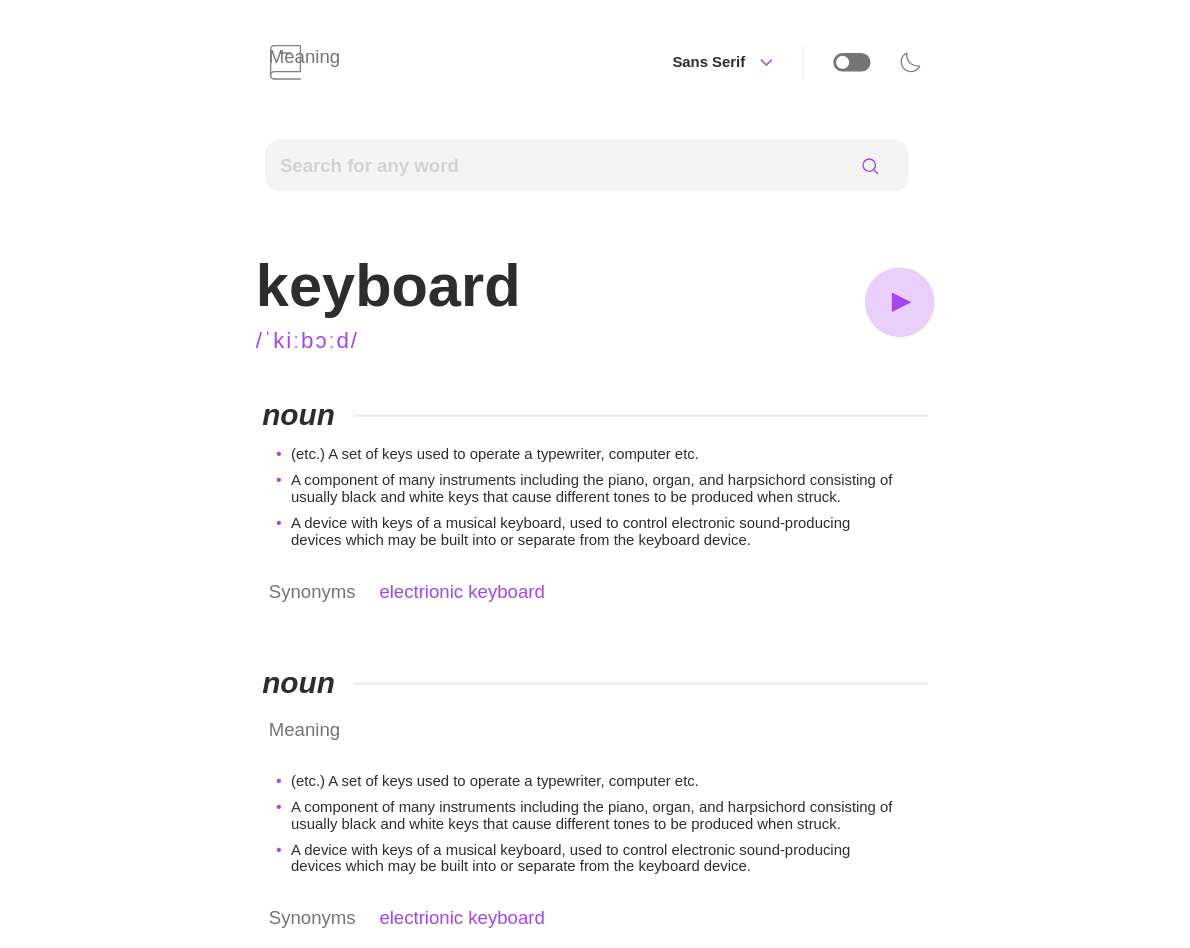
Repository: Arkitecth/dictionary-app
Page: index.html
An editor plug-in stored every save of this project. The page is shown before and after the next save, followed by the edit.
The browser window is 1280 px wide. The pictures show the whole page, at 93% of full size.

Above is the page before, as saved 2023-07-20 16:54:52.

### index.html
<!DOCTYPE html>
<html lang="en">
<head>
  <meta charset="UTF-8">
  <meta name="viewport" content="width=device-width, initial-scale=1.0">
  <link rel="stylesheet" href="styles.css">
  <title>Dictionary</title>
</head>
<body>

  <!-- Navigation -->
  <nav>
    <img src="assets/images/logo.svg" alt="logo">

    <div class="right">
      <div class="fonts">
        <p>Sans Serif</p>
        <img src="assets/images/icon-arrow-down.svg" alt="icon-arrow-down">
      </div>

      <div class="ruler"></div>

      <div class="togglers">
        <!-- Rounded switch -->
        <label class="switch">
          <input type="checkbox">
          <span class="slider round"></span>
        </label>
        <img src="assets/images/icon-moon.svg" alt="moon-icon">
      </div>
    </div>
  </nav>


  <!-- Search Bar -->
  <section class="search">
    <label for="search-bar"></label>
    <input type="text" name="search-bar" id="search-bar" placeholder="Search for any word">
    <img src="assets/images/icon-search.svg" alt="search-icon" class="search-icon">
  </section>


  <main>
    <section class="word-view">
      <div class="word-group">
        <h1>keyboard</h1>
        <p>/ˈkiːbɔːd/</p>
      </div>
      <img class="icon-play" src="assets/images/icon-play.svg" alt="icon-play">
    </section>

    <div class="speech-part-group">
      <p class="speech-part">noun</p>
      <div class="grey-rule"></div>
    </div>

    <section class="description">
      <p class="meaning">Meaning</p>
      <ul>
        <li>(etc.) A set of keys used to operate a typewriter, computer etc.</li>
        <li>A component of many instruments including the piano, organ, and harpsichord consisting of usually black and white keys that cause different tones to be produced when struck.</li>
        <li>A device with keys of a musical keyboard, used to control electronic sound-producing devices which may be built into or separate from the keyboard device.</li>
      </ul>
      <p class="synonymn">Synonyms <span>electrionic keyboard</span></p>

    </section>


    <div class="center">

    <div class="speech-part-group">
      <p class="speech-part">noun</p>
      <div class="grey-rule"></div>
    </div>

    <section class="description">
      <p>Meaning</p>
      <ul>
        <li>(etc.) A set of keys used to operate a typewriter, computer etc.</li>
        <li>A component of many instruments including the piano, organ, and harpsichord consisting of usually black and white keys that cause different tones to be produced when struck.</li>
        <li>A device with keys of a musical keyboard, used to control electronic sound-producing devices which may be built into or separate from the keyboard device.</li>
      </ul>
      <p class="synonymn">Synonyms <span>electrionic keyboard</span></p>

    </div>
    </section>





  </main>

</body>
</html>

### styles.css
:root {
    --dark-grey: #757575;
    --purple:#a445ed;
    --light-grey:#f4f4f4;
    --dark-three:#2d2d2d;
    --lighter-grey:#e9e9e9;
}


* {
    margin: 0;
    padding: 0;
}



/* Main Styling */
body {
    max-width: 1100px;
    margin: 0 auto;
    font-family: sans-serif;
    color: var(--dark-three);
}


/* Light Styling */

/* Nav Styling */
nav {
    display: flex;
    justify-content: space-around;
    margin-top: 3rem;
}

.right {
    display: flex;
    gap: 2rem;
}

.fonts {
    display: flex;
    gap: 1rem;
    align-items: center;
    font-weight: 600;
}

.ruler {
    width: 1px;
    background-color: #e9e9e9;
}

.togglers {
    display: flex;
    gap: 2rem;
    align-items: center;
}



/* The switch - the box around the slider */
.switch {
  position: relative;
  display: inline-block;
  width: 40px;
  height: 20px;
}

/* Hide default HTML checkbox */
.switch input {
  opacity: 0;
  width: 0;
  height: 0;
}

/* The slider */
.slider {
  position: absolute;
  cursor: pointer;
  top: 0;
  left: 0;
  right: 0;
  bottom: 0;
  background-color: var(--dark-grey);
  -webkit-transition: .4s;
  transition: .4s;
}

.slider:before {
  position: absolute;
  content: "";
  height: 14px;
  width: 14px;
  left: 3px;
  bottom: 3px;
  background-color: white;
  -webkit-transition: .4s;
  transition: .4s;
}

input:checked + .slider {
  background-color: var(--purple)
}

input:focus + .slider {
  box-shadow: 0 0 1px var(--purple)
}

input:checked + .slider:before {
  -webkit-transform: translateX(20px);
  -ms-transform: translateX(20px);
  transform: translateX(20px);
}

/* Rounded sliders */
.slider.round {
  border-radius: 34px;
}

.slider.round:before {
  border-radius: 50%;
}



/* Search */

.search {
    text-align: center;
    margin-top: 4rem;
    display: flex;
    justify-content: center;
}

input[type="text"] {
    width:60%;
    height: 1.5rem;
    padding: 1rem;
    border-radius: 16px;
    border: none;
    background-color: var(--light-grey);
    outline: none;
    font-size: 20px;
    font-weight: 700;

}

input[type="text"]:active,
input[type="text"]:focus {
    border: 1px solid var(--purple);
}


input[type="text"]::placeholder {
    opacity: 0.25;
}

.search-icon {
    transform: translate(-50px,1px);
    text-align: center;
}



/* Word View */

main {
    display: flex;
    flex-direction: column;
}


.word-view {
    text-align: center;
    margin-top: 4rem;
    display: flex;
    justify-content: space-around;
}
.word-group h1 {
    font-size: 4rem;
}

.word-group p {
    text-align: left;
    font-size: 1.5rem;
    color: var(--purple);
    font-weight: 400;
    padding-top: 0.5rem;
    letter-spacing: 2px;
}


/* Speech Part(noun, pronoun, verb) */
.speech-part-group {
    display: flex;
    justify-content: center;
    align-items: center;
    gap: 20px;
    margin-top: 3rem;
}
.speech-part {
    text-align: left;
    font-size: 2rem;
    font-weight: 700;
    font-style: italic;
}
.grey-rule {
    border: 1px solid var(--lighter-grey);
    height: 0;
    width: 56%;
}

/* Description */
.description {
    /* width: fit-content;
    margin: 0 auto;
    margin-top: 2rem; */
    width: 64%;
    margin: 0 auto;
}

.center {
    position: relative;
}
.description p {
    color: var(--dark-grey);
    text-align: left;
    font-size: 1.25rem;
    padding: 20px 1px;

}

.meaning {
    position: absolute;
    top: 30px;
}
ul {
    text-align: left;
    padding: 10px 20px;
    list-style: none;
}
ul li::before {
    content: "\2022";
    width: 1rem;
    font-weight: bold;
    display: inline-block;
    margin-left: -1em;
    color: var(--purple);
}
ul li{
    padding: 5px;
    color: var(--dark-three);
}
.synonymn span {
    color: var(--purple);
    padding: 0 20px;
}


/* Mobile Styels */

@media screen and (max-width:375px) {

    input[type="text"] {
        width: 327px;
    }
    .search {
        margin-left: 10px;
    }

    .word-group h1 {
        font-size: 32px;
    }

    .icon-play {
        width: 48px;
    }

    .description {
        width: 275px;
    }

    .speech-part {
        font-size: 18px;
    }

    .description p {
        font-size: 16px;
    }
}

After the next save:
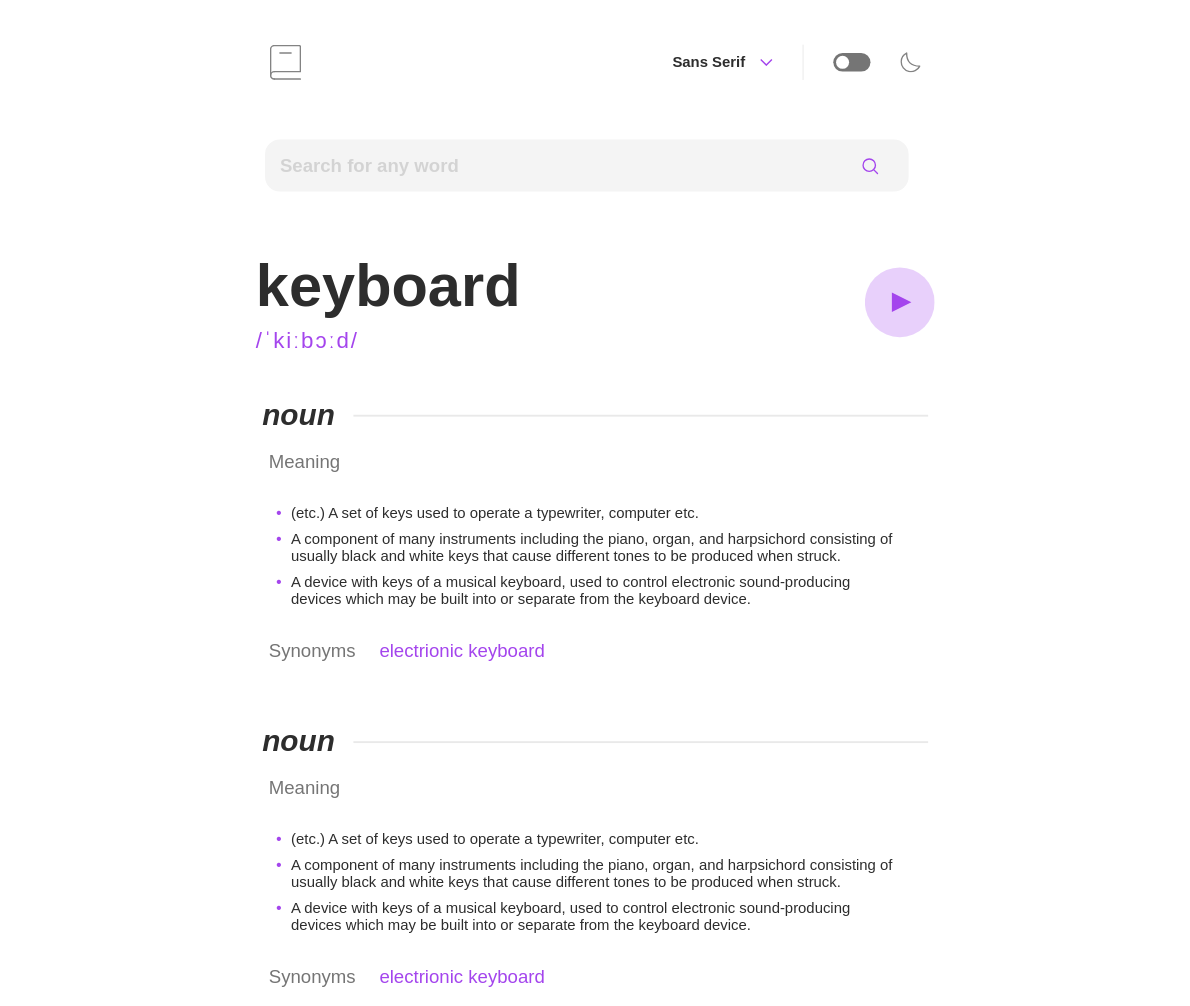
Saved 14 s later.
--- a/styles.css
+++ b/styles.css
@@ -229,10 +229,6 @@
 
 }
 
-.meaning {
-    position: absolute;
-    top: 30px;
-}
 ul {
     text-align: left;
     padding: 10px 20px;
